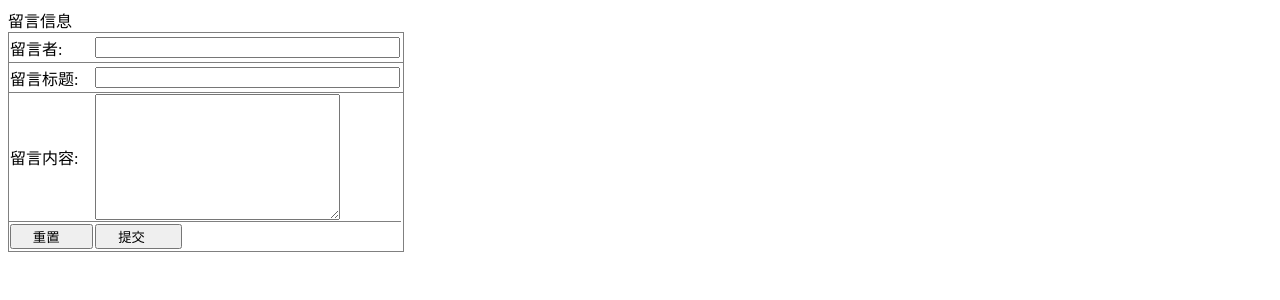
Repository: wikelgc/JSP
Page: http://localhost/HTML5_from/
An editor plug-in stored every save of this project. The page is shown before and after the next save, followed by the edit.
The browser window is 1280 px wide. The pictures show the whole page.
The page is served by Tomcat 9.

Above is the page before, as saved 2015-06-02 08:24:26.

After the next save:
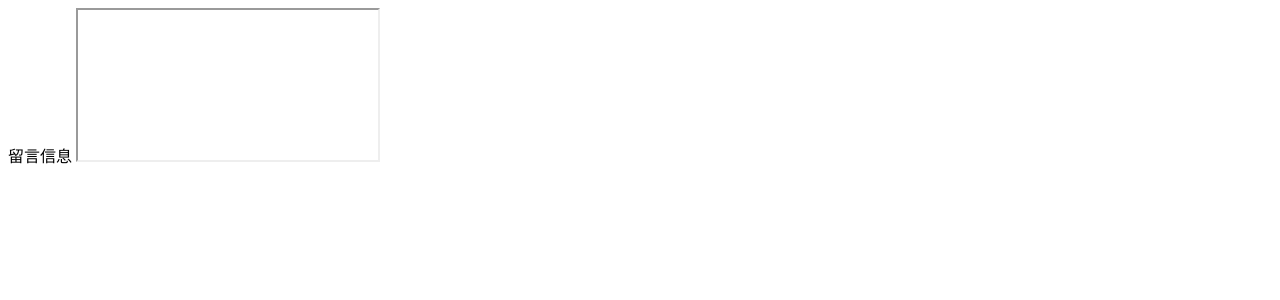
Saved 5 min 58 s later.
--- a/HTML5_from/WebRoot/index.jsp
+++ b/HTML5_from/WebRoot/index.jsp
@@ -7,8 +7,8 @@
   </head>
 
   <body>
-    <from action = "addWord.jsp" method = "post">
-    	<table border = "1" rules = "rows">
+    <iframe action = "addWord.jsp" method = "post">
+    	<table border = "1">
     		<tr height = "30">
 	    		<td>留言者:</td><td><input type="text" name="author" size="35"><td><tr>
 	    	<tr height = "30">
@@ -20,6 +20,6 @@
 	    	  	<td><input type = "submit" value = "    提交        "></td>
 	    	</tr>
     	</table>
-    </from>
+    </iframe>
   </body>
 </html>
